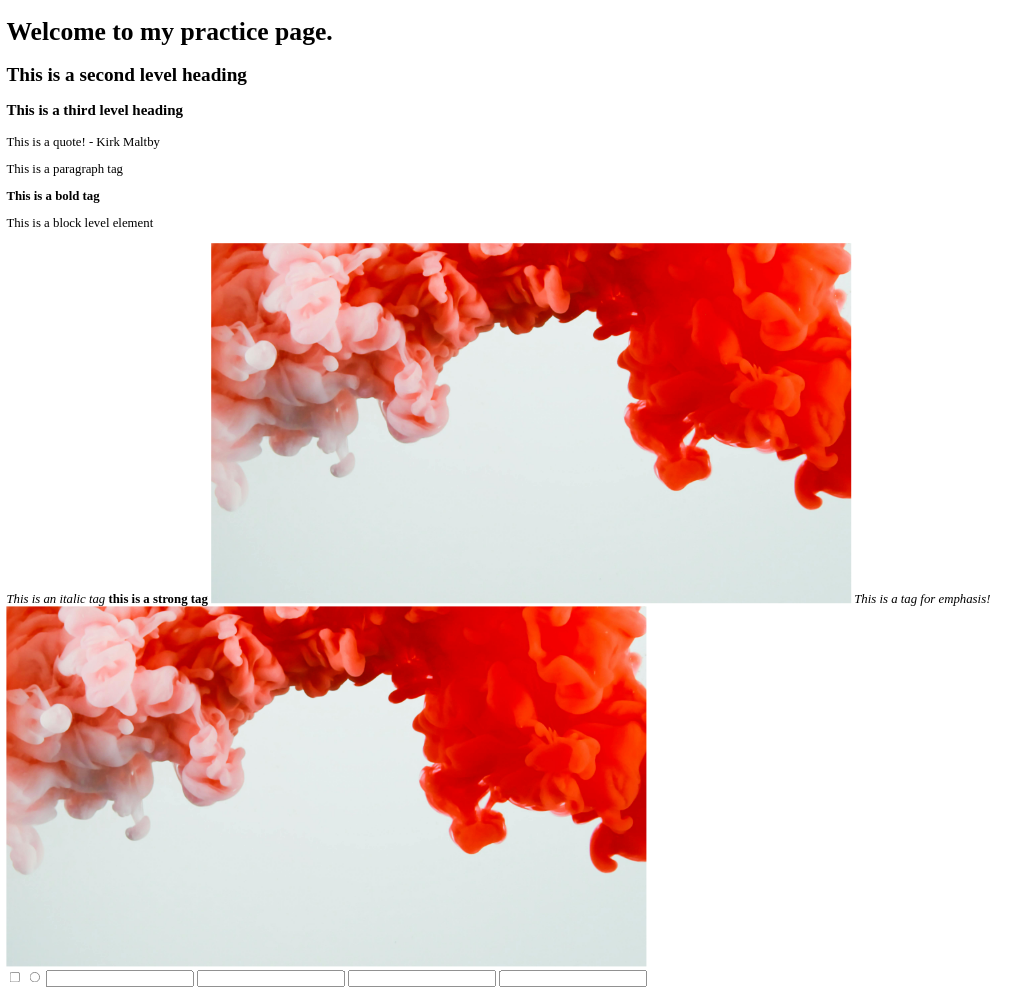
Repository: awollf/mdia-2109
Page: class-stuff.html
An editor plug-in stored every save of this project. The page is shown before and after the next save, followed by the edit.
The browser window is 1280 px wide. The pictures show the whole page, at 80% of full size.

Above is the page before, as saved 2026-01-26 12:19:46.

After the next save:
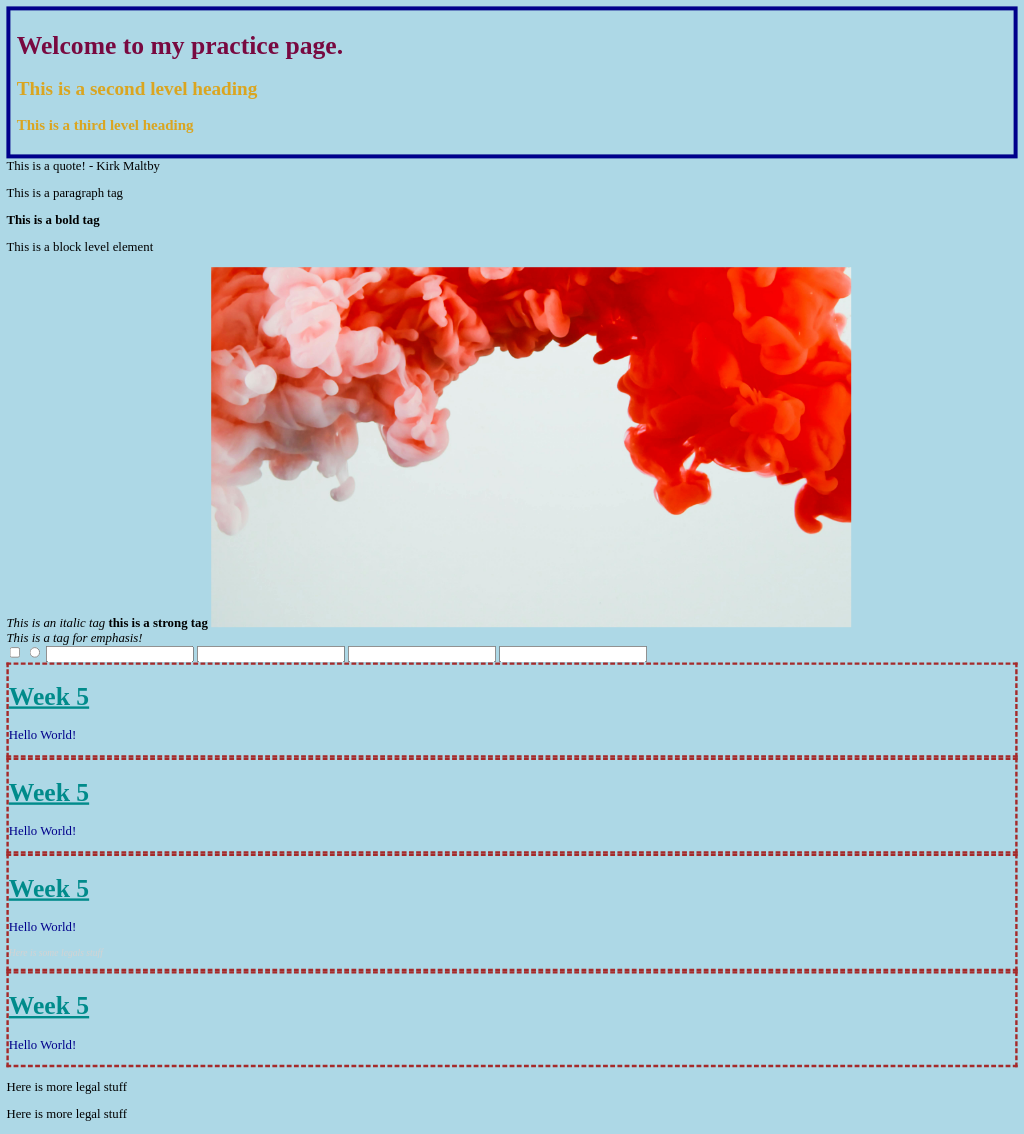
Saved 6 days later.
--- a/class-stuff.html
+++ b/class-stuff.html
@@ -4,11 +4,24 @@
     <meta charset="UTF-8">
     <meta name="viewport" content="width=device-width, initial-scale=1.0">
     <title>Class Stuff</title>
+    <style>
+        /* Text editor tries to auto complete this. Sonja doesn't like it. */
+    </style>
+    <link rel="stylesheet" href="styles.css"/>
+
 </head>
-<body>
-    <h1>Welcome to my practice page.</h1>
-    <h2>This is a second level heading</h2>
-    <h3>This is a third level heading</h3>
+<body style="background-color: lightblue">
+
+    <header class="header-container">
+
+        <!-- inline styles override all other -->
+        <h1 class="heading-1" id="heading-one">
+            Welcome to my practice page.
+        </h1>
+
+        <h2>This is a second level heading</h2>
+        <h3>This is a third level heading</h3>
+    </header>
 
     <blackquote>This is a quote! - Kirk Maltby</blackquote>
 
@@ -21,8 +34,10 @@
 
 
     <img src="images/ink photography.jpg" alt="ink photography" width="800"/>
+
+    <div>
     <em>This is a tag for emphasis!</em>
-    <img src="images/ink photography.jpg" alt="ink photography" width="800"/>
+    </div>
 
 <form>
 <input type="checkbox"/>
@@ -33,6 +48,30 @@
 <input type="email"/>
 </form>
 
+<div class="post">
+    <h1 class="post__title">Week 5</h1>
+    <p class="post__text">Hello World!</p>
+</div>
+
+<div class="post">
+    <h1 class="post__title">Week 5</h1>
+    <p class="post__text">Hello World!</p>
+</div>
+
+<div class="post">
+    <h1 class="post__title">Week 5</h1>
+    <p class="post__text">Hello World!</p>
+    <p class="post__disclaimer">Here is some legals stuff</p>
+</div>
+
+<div class="post">
+    <h1 class="post__title">Week 5</h1>
+    <p class="post__text">Hello World!</p>
+    </div>
+
+<p class="post__disclaimer">Here is more legal stuff</p>
+
+<p class="post__disclaimer final__disclaimer">Here is more legal stuff</p>
 
 </body>
 </html>
